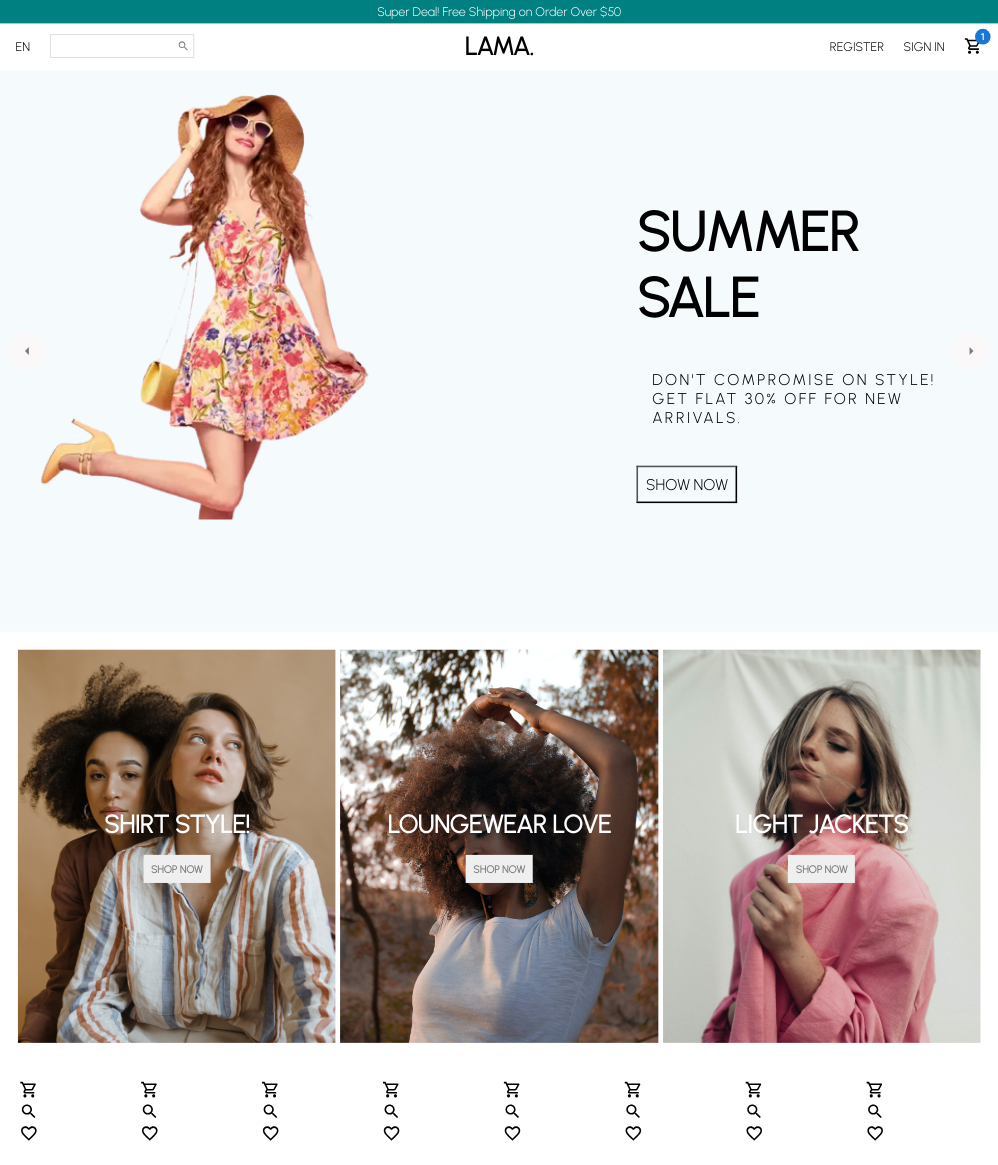
Repository: kmvaghela/ECOMMERCE
Page: /
An editor plug-in stored every save of this project. The page is shown before and after the next save, followed by the edit.
The browser window is 1280 px wide. The pictures show the whole page, at 78% of full size.
The project was rebuilt for these pictures with package versions that can differ from the ones it lists, and the page was loaded fresh each time. Imported but missing from the stored project, and not drawn on this page: src/assets.

Above is the page before, as saved 2022-02-22 21:40:02.

### public/index.html
<!DOCTYPE html>
<html lang="en">

<head>
  <meta charset="utf-8" />
  <meta name="viewport" content="width=device-width, initial-scale=1" />
  <meta name="description" content="Web site created using create-react-app" />
  <link href="https://fonts.googleapis.com/css2?family=Urbanist:wght@100;200;300&display=swap" rel="stylesheet">
  <style>
    * {
      margin: 0;
      font-family: 'Urbanist', sans-serif;
    }
  </style>
  <title>React App</title>
</head>

<body>
  <noscript>You need to enable JavaScript to run this app.</noscript>
  <div id="root"></div>
</body>

</html>

### src/pages/Home.jsx
import React from "react";
import Announcement from "../components/Announcement";
import Categories from "../components/Categories";
import Navbar from "../components/Navbar";
import Products from "../components/Products";
import Slider from "../components/Slider";
const Home = () => {
  return (
    <div>
      <Announcement />
      <Navbar />
      <Slider />
      <Categories />
      <Products />
    </div>
  );
};
export default Home;

### src/components/Announcement.jsx
import styled from "styled-components";

const Container = styled.div`
  height: 30px;
  background-color: teal;
  color: white;
  display: flex;
  align-items: center;
  justify-content: center;
  font-size: 14;
  font-weight: 500;
`;

const Announcement = () => {
  return (
    <Container>
      Super Deal! Free Shipping on Order Over $50
    </Container>
  );
};

export default Announcement;

### src/components/Categories.jsx
import styled from "styled-components";
import { categories } from "../data";
import CategoryItem from "./CategoryItem";

const Container = styled.div`
  display: flex;
  padding: 20px;
  justify-content: space-between;
`;

const Categories = () => {
  return (
    <Container>
      {categories.map((item) => (
        <CategoryItem item={item} key={item.id}/>
      ))}
    </Container>
  );
};

export default Categories;

### src/components/Navbar.jsx
import React from "react";
import styled from "styled-components";
import SearchOutlinedIcon from "@mui/icons-material/SearchOutlined";
import ShoppingCartOutlinedIcon from "@mui/icons-material/ShoppingCartOutlined";
import Badge from "@mui/material/Badge";

const Container = styled.div`
  height: 60px;
`;
const Wrapper = styled.div`
  padding: 10px 20px;
  display: flex;
  align-items: center;
  justify-content: space-between;
`;
const Left = styled.div`
  flex: 1;
  display: flex;
  align-items: center;
`;
const Language = styled.span`
  font-size: 14;
  cursor: pointer;
`;
const SearchContainer = styled.div`
  border: 0.5px solid lightgray;
  display: flex;
  align-items: center;
  margin-left: 25px;
  padding: 5px;
`;
const Input = styled.input`
  border: none;
`;

const Center = styled.div`
  flex: 2;
`;
const Logo = styled.h1`
  font-weight: bold;
  text-align: center;
`;

const Right = styled.div`
  flex: 1;
  display: flex;
  align-items: center;
  justify-content: flex-end;
`;
const MenuItem = styled.div`
  font-size: 14;
  cursor: pointer;
  margin-left: 25px;
`;

const Navbar = () => {
  return (
    <Container>
      <Wrapper>
        <Left>
          <Language>EN</Language>
          <SearchContainer>
            <Input />
            <SearchOutlinedIcon style={{color:"gray",fontSize:16}}/>
          </SearchContainer>
        </Left>
        <Center>
          <Logo>LAMA.</Logo>
        </Center>
        <Right>
          <MenuItem>REGISTER</MenuItem>
          <MenuItem>SIGN IN</MenuItem>
          <MenuItem>
            <Badge badgeContent={1} color="primary">
              <ShoppingCartOutlinedIcon />
            </Badge>
          </MenuItem>
        </Right>
      </Wrapper>
    </Container>
  );
};
export default Navbar;

### src/components/Products.jsx
import React from "react";
import styled from "styled-components";
import { popularProducts } from "../data";
import Product from "./Product";

const Container = styled.div`
  padding: 20px;
  display: flex;
`;

const Products = () => {
  return (
    <Container>
      {popularProducts.map((item) => (
        <Product item={item} key={item.id} />
      ))}
    </Container>
  );
};

export default Products;

### src/components/Slider.jsx
import React, { useState } from "react";
import styled from "styled-components";
import { ArrowLeftOutlined, ArrowRightOutlined } from "@mui/icons-material";
import { sliderItems } from "../data";
const Container = styled.div`
  width: 100%;
  height: 100vh;
  display: flex;
  position: relative;
  overflow: hidden;
`;
const Arrow = styled.div`
  width: 50px;
  height: 50px;
  background-color: #fff7f7;
  border-radius: 50%;
  display: flex;
  align-items: center;
  justify-content: center;
  position: absolute;
  top: 0;
  bottom: 0;
  left: ${(props) => props.direction === "left" && "10px"};
  right: ${(props) => props.direction === "right" && "10px"};
  margin: auto;
  cursor: pointer;
  opacity: 0.5;
  z-index: 2;
`;

const Wrapper = styled.div`
  height: 100%;
  display: flex;
  transform: translateX(${(props) => props.slideIndex * -100}vw);
  transition: all 1.5s ease;
`;

const Slide = styled.div`
  width: 100vw;
  height: 100vh;
  display: flex;
  align-items: center;
  background-color: ${(props) => props.bg};
`;
const ImgContainer = styled.div`
  height: 100%;
  flex: 1;
`;
const InfoContainer = styled.div`
  flex: 1;
  padding: 50px;
`;
const Image = styled.img`
  height: 80%;
`;

const Title = styled.h1`
  font-size: 70px;
`;
const Desc = styled.p`
  margin: 50px 20px;
  font-size: 20px;
  font-weight: 500;
  letter-spacing: 3px;
`;
const Button = styled.button`
  padding: 10px;
  font-size: 20px;
  background-color: transparent;
  cursor: pointer;
`;

const Slider = () => {
  const [slideIndex, setSlideIndex] = useState(0);
  const handleClick = (direction) => {
    if (direction === "left") {
      setSlideIndex(slideIndex > 0 ? slideIndex - 1 : 2);
    } else {
      setSlideIndex(slideIndex < 2 ? slideIndex + 1 : 0);
    }
  };
  return (
    <Container>
      <Arrow direction="left" onClick={() => handleClick("left")}>
        <ArrowLeftOutlined />
      </Arrow>
      <Wrapper slideIndex={slideIndex}>
        {sliderItems.map((item) => (
          <Slide bg={item.bg} key={item.id}>
            <ImgContainer>
              <Image src={item.img} alt="" />
            </ImgContainer>
            <InfoContainer>
              <Title>{item.title}</Title>
              <Desc>{item.desc}</Desc>
              <Button>SHOW NOW</Button>
            </InfoContainer>
          </Slide>
        ))}
      </Wrapper>
      <Arrow direction="right" onClick={() => handleClick("right")}>
        <ArrowRightOutlined />
      </Arrow>
    </Container>
  );
};

export default Slider;

### src/data.js
import img1 from "./assets/1.png";
import img2 from "./assets/2.png";
import img3 from "./assets/3.png";
import caterogryImg1 from "./assets/category-item-images/1.jpg"
import caterogryImg2 from "./assets/category-item-images/2.jpg"
import caterogryImg3 from "./assets/category-item-images/3.jpg"

export const sliderItems = [
    {
        id: 1,
        img: img1,
        title: "SUMMER SALE",
        desc: "DON'T COMPROMISE ON STYLE! GET FLAT 30% OFF FOR NEW ARRIVALS.",
        bg: "#f5fafd",
    },
    {
        id: 2,
        img: img2,
        title: "AUTUMN COLLECTION",
        desc: "DON'T COMPROMISE ON STYLE! GET FLAT 30% OFF FOR NEW ARRIVALS.",
        bg: "#fcf1ed",
    },
    {
        id: 3,
        img: img3,
        title: "LOUNGEWEAR LOVE",
        desc: "DON'T COMPROMISE ON STYLE! GET FLAT 30% OFF FOR NEW ARRIVALS.",
        bg: "#fbf0f4",
    }
];

export const categories = [
    {
        id: 1,
        img: caterogryImg1,
        title: "SHIRT STYLE!",
    },
    {
        id: 2,
        img: caterogryImg2,
        title: "LOUNGEWEAR LOVE",
    },
    {
        id: 3,
        img: caterogryImg3,
        title: "LIGHT JACKETS",
    }
];

export const popularProducts = [
    {
        id: 1,
        img: "https://d3o2e4jr3mxnm3.cloudfront.net/Mens-Jake-Guitar-Vintage-Crusher-Tee_68382_1_lg.png",
    },
    {
        id: 2,
        img: "https://cdn.shopify.com/s/files/1/0101/4832/products/Angela_Natural_Tee.png?v=1606780388",
    },
    {
        id: 3,
        img: "https://www.prada.com/content/dam/pradanux_products/U/UCS/UCS319/1YOTF010O/UCS319_1YOT_F010O_S_182_SLF.png",
    },
    {
        id: 4,
        img: "https://www.burdastyle.com/pub/media/catalog/product/cache/7bd3727382ce0a860b68816435d76e26/107/BUS-PAT-BURTE-1320516/1170x1470_BS_2016_05_132_front.png",
    },
    {
        id: 5,
        img: "https://images.ctfassets.net/5gvckmvm9289/3BlDoZxSSjqAvv1jBJP7TH/65f9a95484117730ace42abf64e89572/Noissue-x-Creatsy-Tote-Bag-Mockup-Bundle-_4_-2.png",
    },
    {
        id: 6,
        img: "https://d3o2e4jr3mxnm3.cloudfront.net/Rocket-Vintage-Chill-Cap_66374_1_lg.png",
    },
    {
        id: 7,
        img: "https://www.vintageindustries.nl/download_front/qympzk1762/2217_Arrow_Jacket_Forest.png",
    },
    {
        id: 8,
        img: "https://www.pngarts.com/files/3/Women-Jacket-PNG-High-Quality-Image.png",
    },
]

### src/components/CategoryItem.jsx
import React from "react";
import styled from "styled-components";

const Container = styled.div`
  flex: 1;
  margin: 3px;
  height: 70vh;
  position: relative;
`;

const Image = styled.img`
  width: 100%;
  height: 100%;
  object-fit: cover;
  background-color: coral;
`;
const Info = styled.div`
  position: absolute;
  top: 0;
  left: 0;
  width: 100%;
  height: 100%;
  display: flex;
  align-items: center;
  justify-content: center;
  flex-direction: column;
`;
const Title = styled.h1`
  color: white;
  margin-bottom: 20px;
`;
const Button = styled.button`
  border: none;
  padding: 10px;
  color: gray;
  cursor: pointer;
  font-weight: 600;
`;

const CategoryItem = ({ item }) => {
  return (
    <Container key={item.id}>
      <Image src={item.img} alt="not  found" />
      <Info>
        <Title>{item.title}</Title>
        <Button>SHOP NOW</Button>
      </Info>
    </Container>
  );
};

export default CategoryItem;

### src/components/Product.jsx
import React from "react";
import styled from "styled-components";
import ShoppingCartOutlined from "@mui/icons-material/ShoppingCartOutlined";
import SearchOutlined from "@mui/icons-material/SearchOutlined";
import FavoriteBorderOutlined from "@mui/icons-material/FavoriteBorderOutlined";

const Container = styled.div`
  flex: 1;
  margin: 5px;
`;
const Circle = styled.div``;
const Image = styled.image``;
const Info = styled.div``;
const Icon = styled.div``;

const Product = ({ item }) => {
  return (
    <Container>
      <Circle />
      <Image src={item.img} />
      <Info>
        <Icon>
          <ShoppingCartOutlined />
        </Icon>
        <Icon>
          <SearchOutlined />
        </Icon>
        <Icon>
          <FavoriteBorderOutlined />
        </Icon>
      </Info>
    </Container>
  );
};

export default Product;

Loaded but not shown: src/index.js (common file); src/App.jsx (common file)

After the next save:
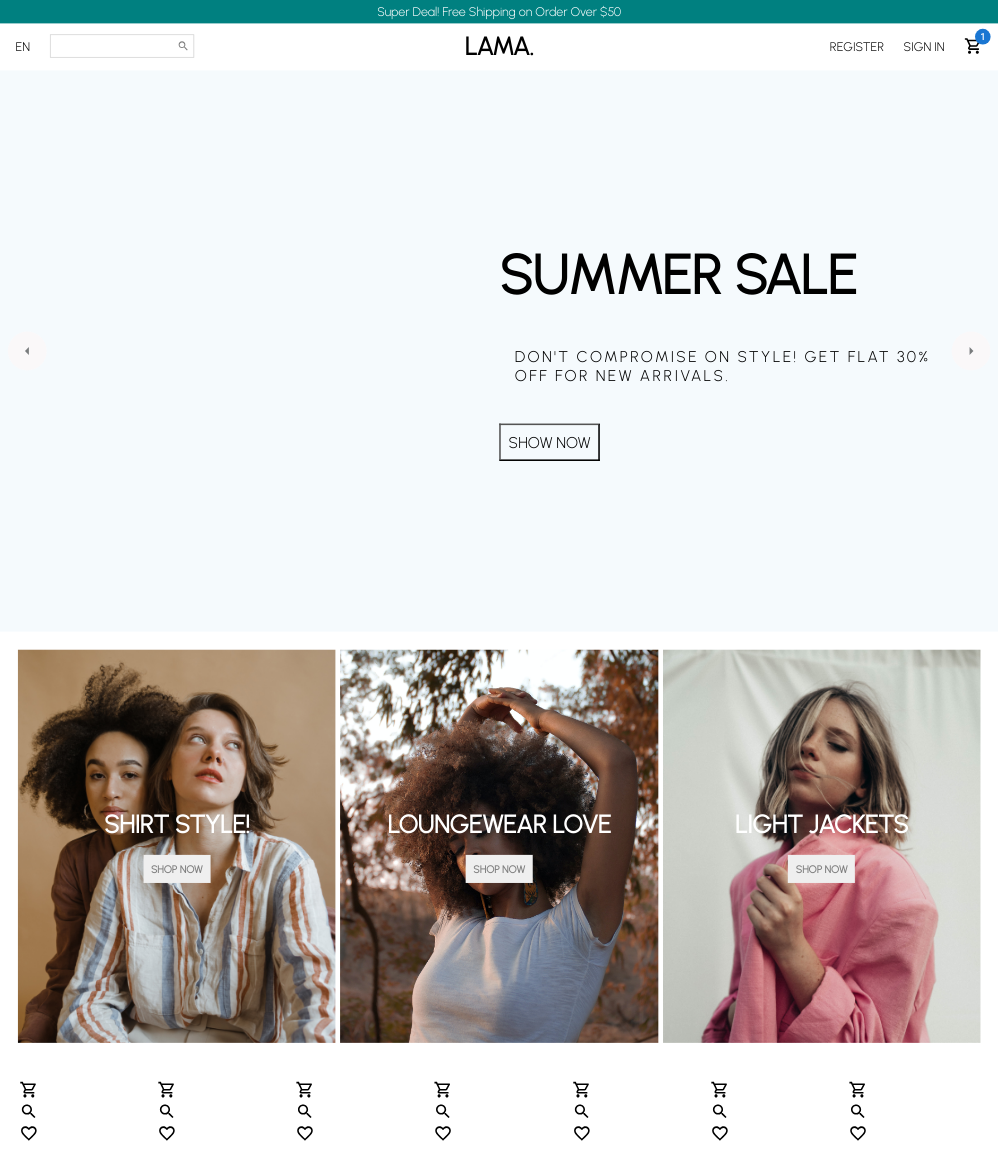
Saved 6 min 58 s later.
--- a/src/data.js
+++ b/src/data.js
@@ -1,6 +1,5 @@
-import img1 from "./assets/1.png";
-import img2 from "./assets/2.png";
-import img3 from "./assets/3.png";
+import {img1,img2,img3} from "./assets/";
+
 import caterogryImg1 from "./assets/category-item-images/1.jpg"
 import caterogryImg2 from "./assets/category-item-images/2.jpg"
 import caterogryImg3 from "./assets/category-item-images/3.jpg"
@@ -76,8 +75,5 @@
         id: 7,
         img: "https://www.vintageindustries.nl/download_front/qympzk1762/2217_Arrow_Jacket_Forest.png",
     },
-    {
-        id: 8,
-        img: "https://www.pngarts.com/files/3/Women-Jacket-PNG-High-Quality-Image.png",
-    },
+
 ]

After the 3 saves that followed:
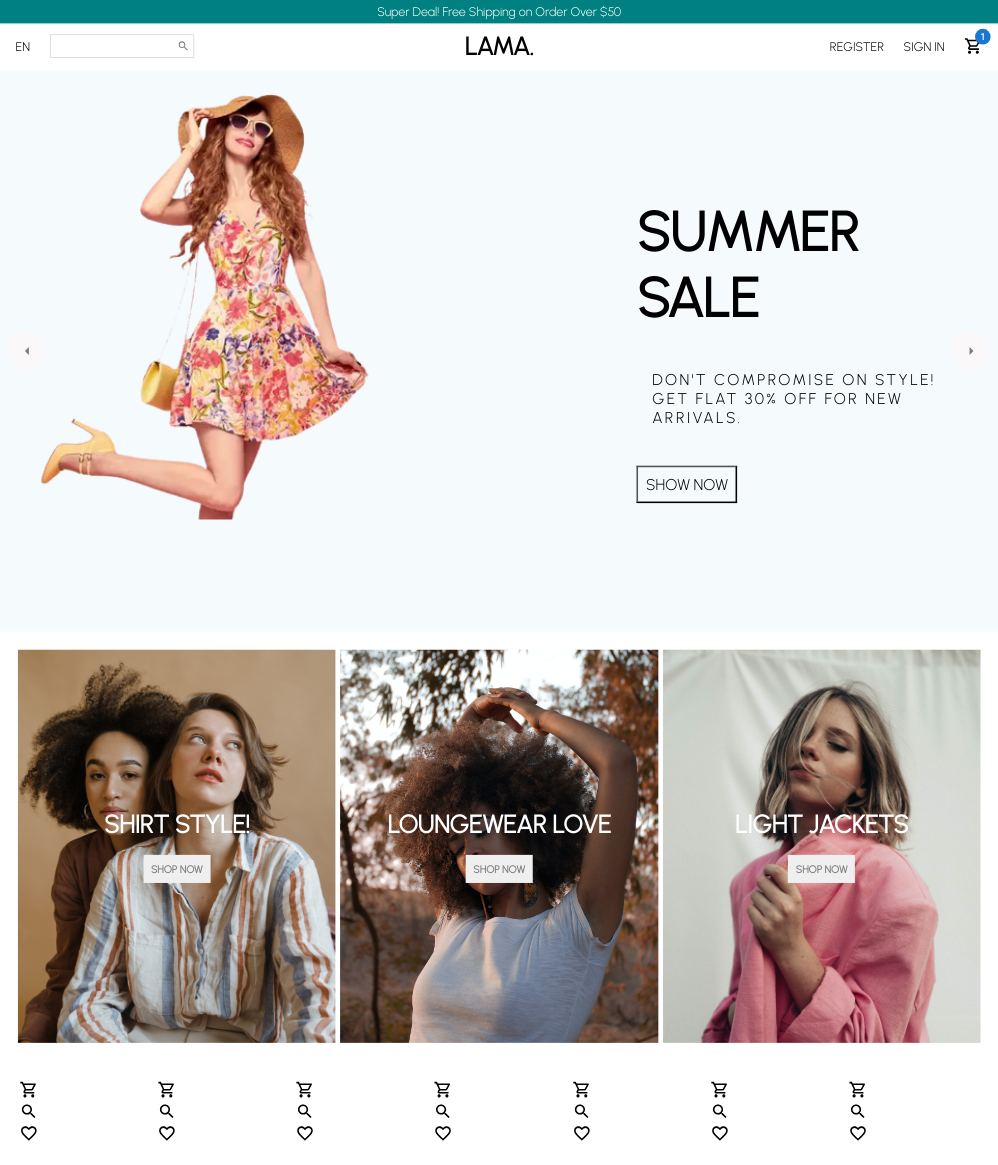
The 3 saves are shown as one change because 2 left the picture as it was.
The last was saved 3 min 29 s later.
--- a/src/data.js
+++ b/src/data.js
@@ -1,8 +1,16 @@
-import {img1,img2,img3} from "./assets/";
-
-import caterogryImg1 from "./assets/category-item-images/1.jpg"
-import caterogryImg2 from "./assets/category-item-images/2.jpg"
-import caterogryImg3 from "./assets/category-item-images/3.jpg"
+import img1 from "./assets/1.png";
+import img2 from "./assets/2.png";
+import img3 from "./assets/3.png";
+import caterogryImg1 from "./assets/category-item-images/1.jpg";
+import caterogryImg2 from "./assets/category-item-images/2.jpg";
+import caterogryImg3 from "./assets/category-item-images/3.jpg";
+import ProductImg1 from "./assets/product-images/1.png";
+import ProductImg2 from "./assets/product-images/2.png";
+import ProductImg3 from "./assets/product-images/3.png";
+import ProductImg4 from "./assets/product-images/4.png";
+import ProductImg5 from "./assets/product-images/5.png";
+import ProductImg6 from "./assets/product-images/6.png";
+import ProductImg7 from "./assets/product-images/7.png";
 
 export const sliderItems = [
     {
@@ -49,31 +57,31 @@
 export const popularProducts = [
     {
         id: 1,
-        img: "https://d3o2e4jr3mxnm3.cloudfront.net/Mens-Jake-Guitar-Vintage-Crusher-Tee_68382_1_lg.png",
+        img: ProductImg1,
     },
     {
         id: 2,
-        img: "https://cdn.shopify.com/s/files/1/0101/4832/products/Angela_Natural_Tee.png?v=1606780388",
+        img: ProductImg2,
     },
     {
         id: 3,
-        img: "https://www.prada.com/content/dam/pradanux_products/U/UCS/UCS319/1YOTF010O/UCS319_1YOT_F010O_S_182_SLF.png",
+        img: ProductImg3,
     },
     {
         id: 4,
-        img: "https://www.burdastyle.com/pub/media/catalog/product/cache/7bd3727382ce0a860b68816435d76e26/107/BUS-PAT-BURTE-1320516/1170x1470_BS_2016_05_132_front.png",
+        img: ProductImg4,
     },
     {
         id: 5,
-        img: "https://images.ctfassets.net/5gvckmvm9289/3BlDoZxSSjqAvv1jBJP7TH/65f9a95484117730ace42abf64e89572/Noissue-x-Creatsy-Tote-Bag-Mockup-Bundle-_4_-2.png",
+        img: ProductImg5,
     },
     {
         id: 6,
-        img: "https://d3o2e4jr3mxnm3.cloudfront.net/Rocket-Vintage-Chill-Cap_66374_1_lg.png",
+        img: ProductImg6,
     },
     {
         id: 7,
-        img: "https://www.vintageindustries.nl/download_front/qympzk1762/2217_Arrow_Jacket_Forest.png",
+        img: ProductImg7,
     },
 
 ]
